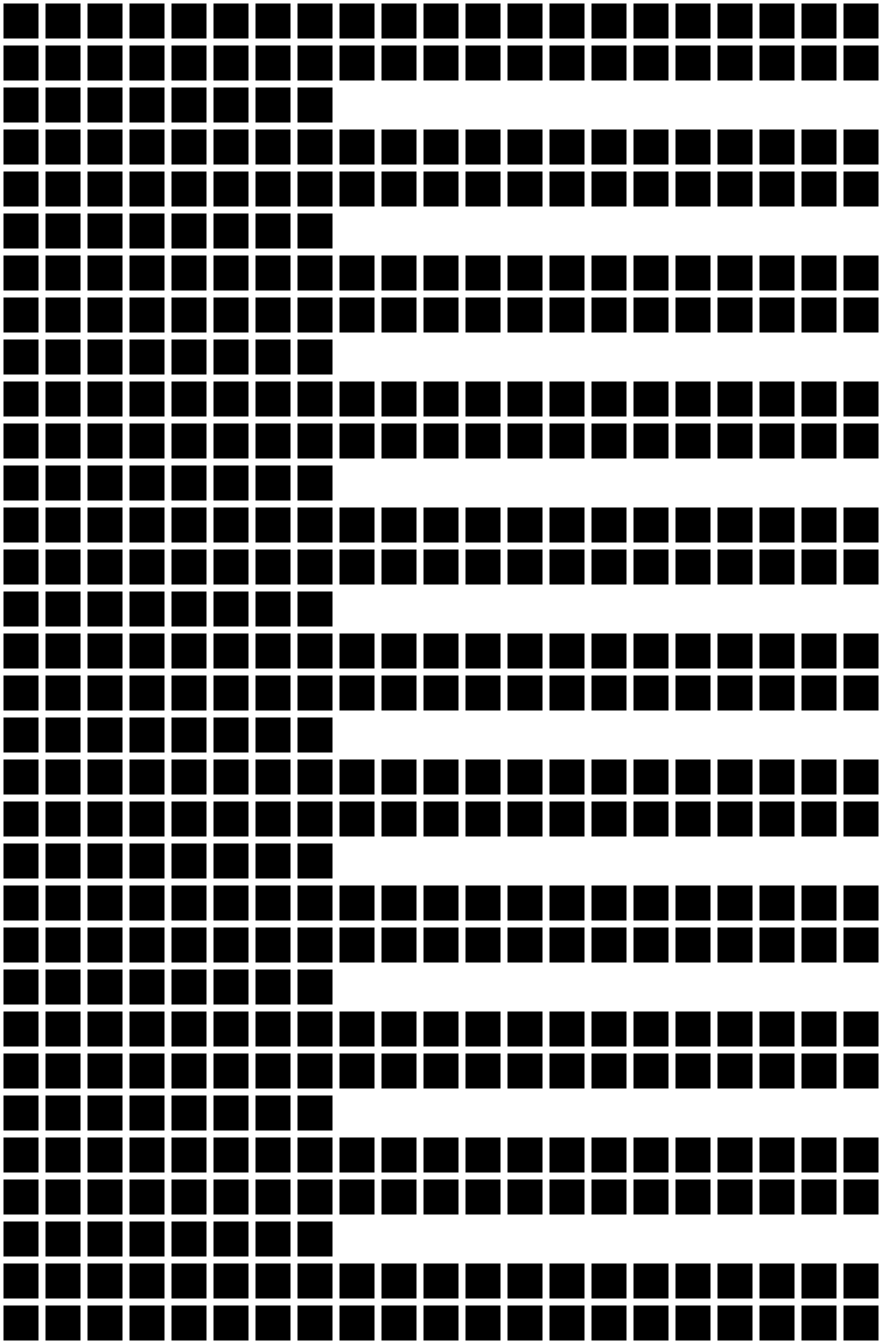
Repository: sokafootball/etch-a-sketc
Page: index.html
An editor plug-in stored every save of this project. The page is shown before and after the next save, followed by the edit.
The browser window is 1280 px wide. The pictures show the part of the page from y = 0 to 1920 px (the page is 9000 px tall), at 70% of full size.
The pointer rests on the first visible `.cell`.

Above is the page before, as saved 2020-04-16 20:45:19.

### index.html
<html>
<head>
  <link rel="stylesheet" type="text/css" href="reset.css">
  <link rel="stylesheet" type="text/css" href="style.css">
</head>
<body>
<div id="grid-div">
</div>
<script type="text/javascript" src="script.js"></script>
</body>
</html>

### style.css
.cell {
  height: 50px;
  display: inline-block;
  background-color: black;
  width: 50px;
  margin: 5px;
}

### script.js
const grid = document.querySelector(`#grid-div`)
const squaresPerSide = 50
for (let i = 1; i <= squaresPerSide; i++) {
  for (let j = 1; j <= squaresPerSide; j++) {
    const cell = document.createElement(`div`)
    cell.classList.add(`cell`)
    grid.appendChild(cell)
  }
  const br = document.createElement(`br`)
  grid.appendChild(br)
}

//make sure the user input an integer
function getSizeFromUser() {
  let size
  do { size = Number(prompt(`How many squares per side?`)) }while (isNaN(size) || size == ``)
  return size
}

Loaded but not shown: reset.css (common file)

After the next save:
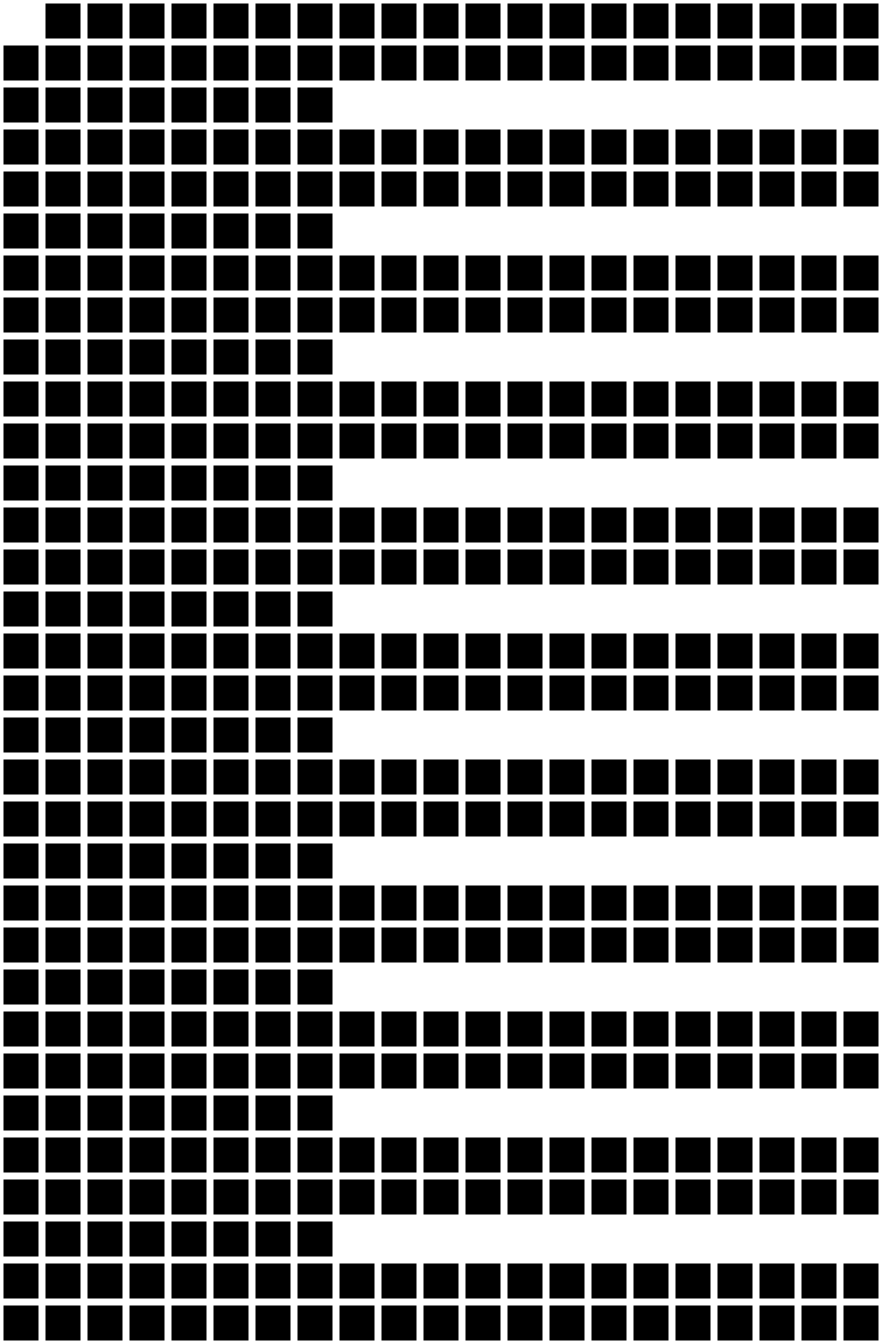
Saved 30 s later.
--- a/style.css
+++ b/style.css
@@ -5,3 +5,7 @@
   width: 50px;
   margin: 5px;
 }
+
+.cell:hover{
+  background-color: white;
+}
